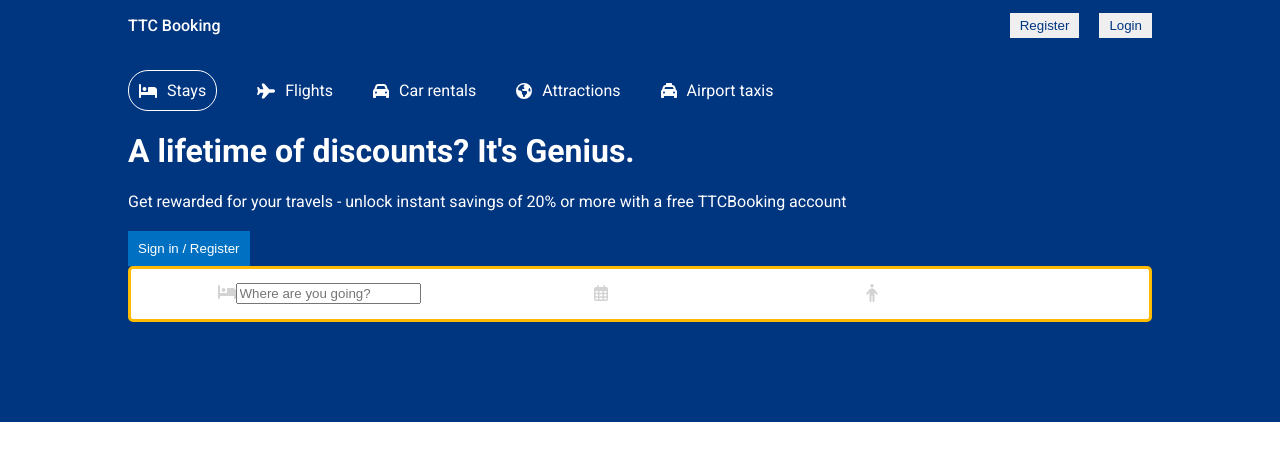
Repository: CarsonDev1/booking-app
Page: /
These files come from the project's save history. The page is drawn as it stood at one moment and after the next save; the edit follows.
The browser window is 1280 px wide. The pictures show the whole page.
The project was rebuilt for these pictures with package versions that can differ from the ones it lists, and the page was loaded fresh each time. Also part of the build but not shown: src/pages/home/home.css, src/pages/hotel/Hotel.jsx, src/pages/list/List.jsx.

Above is the page before, as saved 2022-12-03 01:09:00.

After the next save:
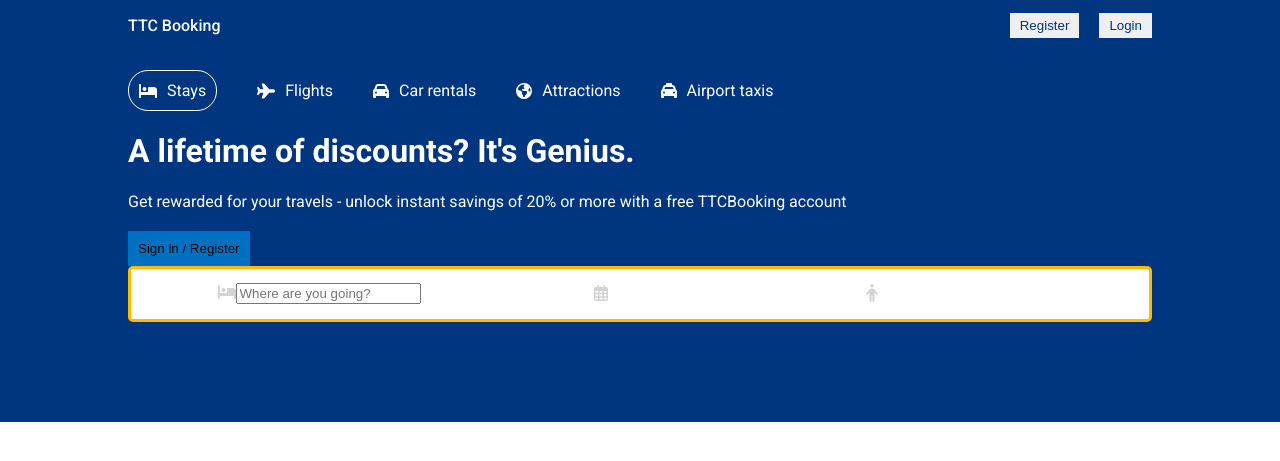
Saved 9 s later.
--- a/src/components/header/header.css
+++ b/src/components/header/header.css
@@ -28,7 +28,7 @@
 }
 .headerBtn {
 	background-color: #0071c2;
-	color: white;
+	/* color: white; */
 	font-weight: 500;
 	border: none;
 	padding: 10px;

After the save that followed:
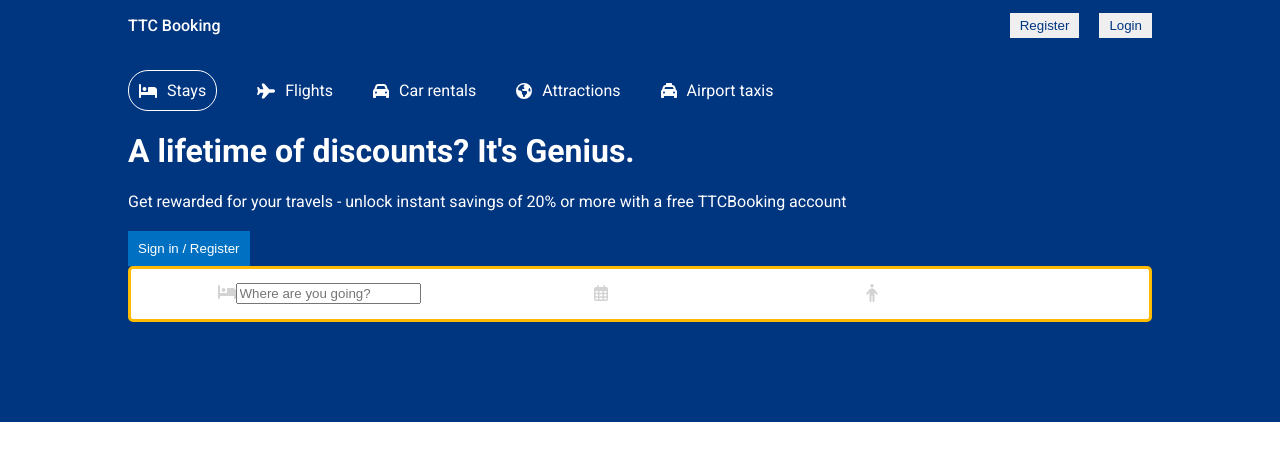
Saved 5 s later.
--- a/src/components/header/header.css
+++ b/src/components/header/header.css
@@ -28,7 +28,7 @@
 }
 .headerBtn {
 	background-color: #0071c2;
-	/* color: white; */
+	color: white;
 	font-weight: 500;
 	border: none;
 	padding: 10px;
